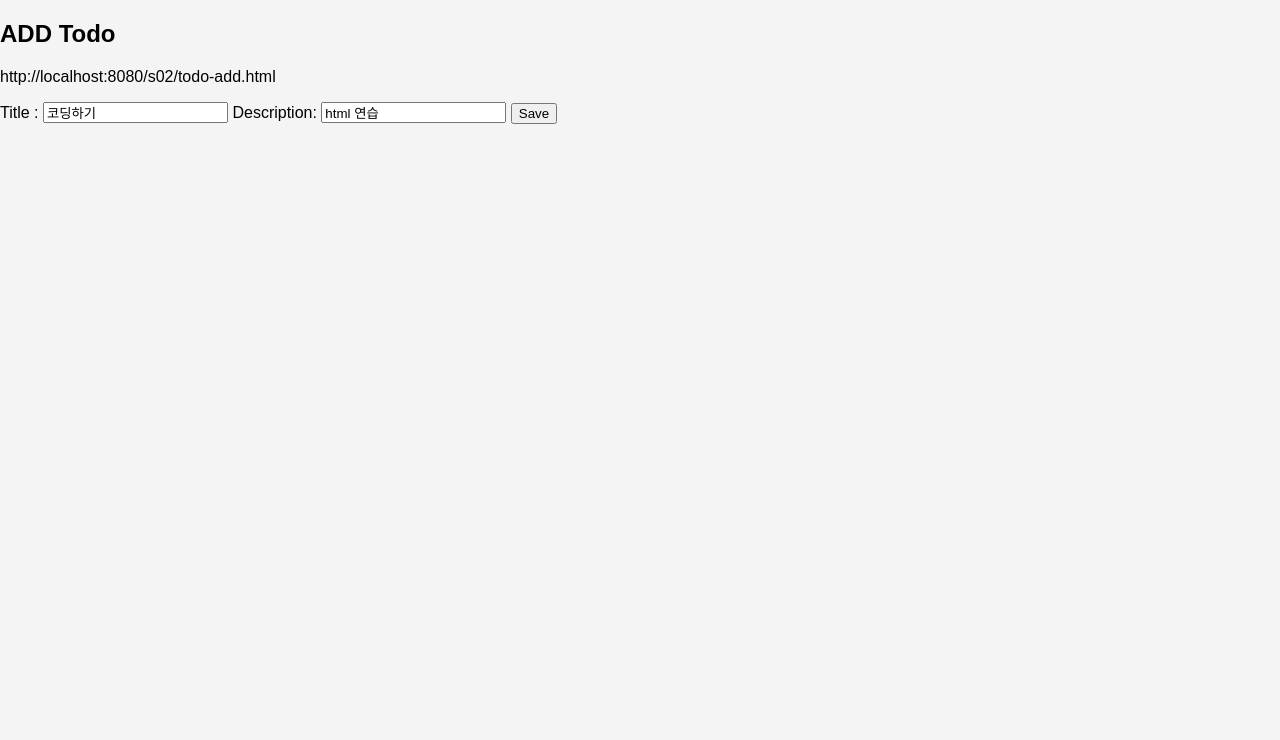
Repository: kimmingyeong225/totalJSP
Page: class_servlet_02/src/main/webapp/todo-add.html
The author's editor kept a copy of each file at every save. The page is drawn from the files as they stood at one save, then again after the next save.
The browser window is 1280 px wide. The pictures show the whole page.

Above is the page before, as saved 2024-07-01 06:08:40.

After the next save:
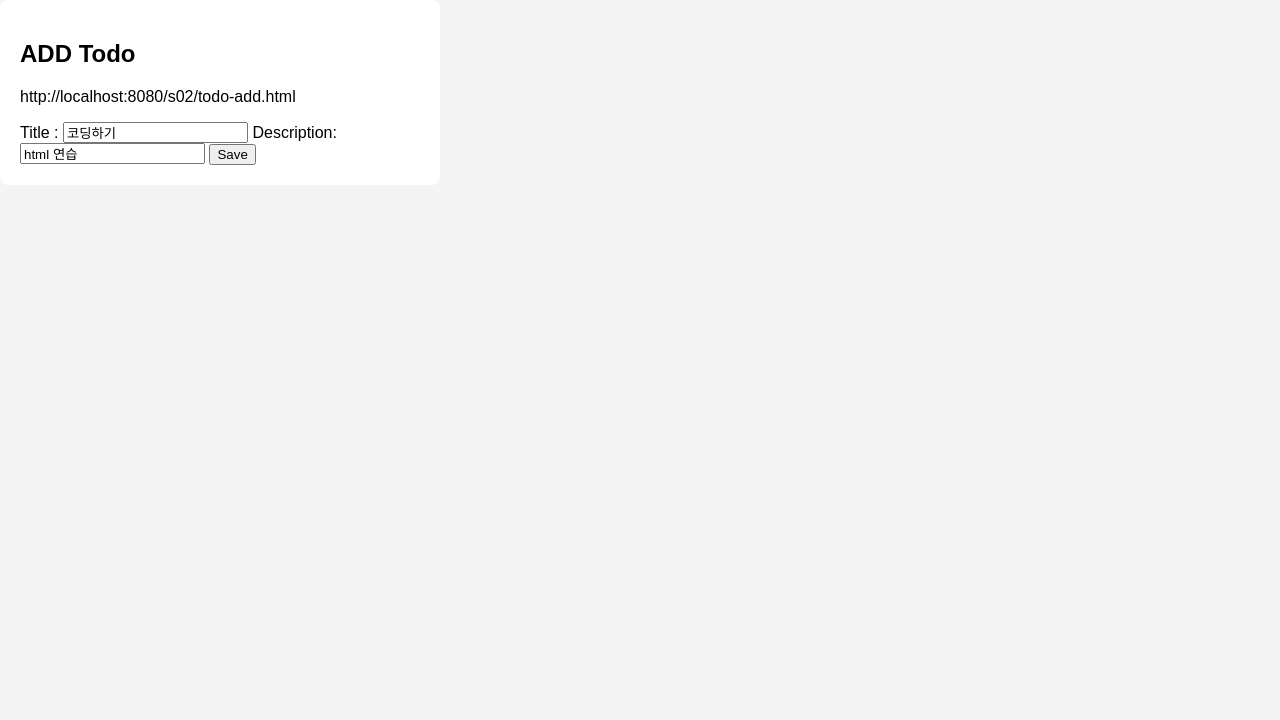
Saved 89 s later.
--- a/class_servlet_02/src/main/webapp/todo-add.html
+++ b/class_servlet_02/src/main/webapp/todo-add.html
@@ -12,6 +12,14 @@
 		margin: 0;
 		font-family: arial, sans-serif;
 		background-color: #f4f4f4;
+
+	}
+	.todo-form {
+		background-color: #fff;
+		padding: 20px;
+		border-radius: 8px;
+		width:  400px;
+
 
 	}
 
